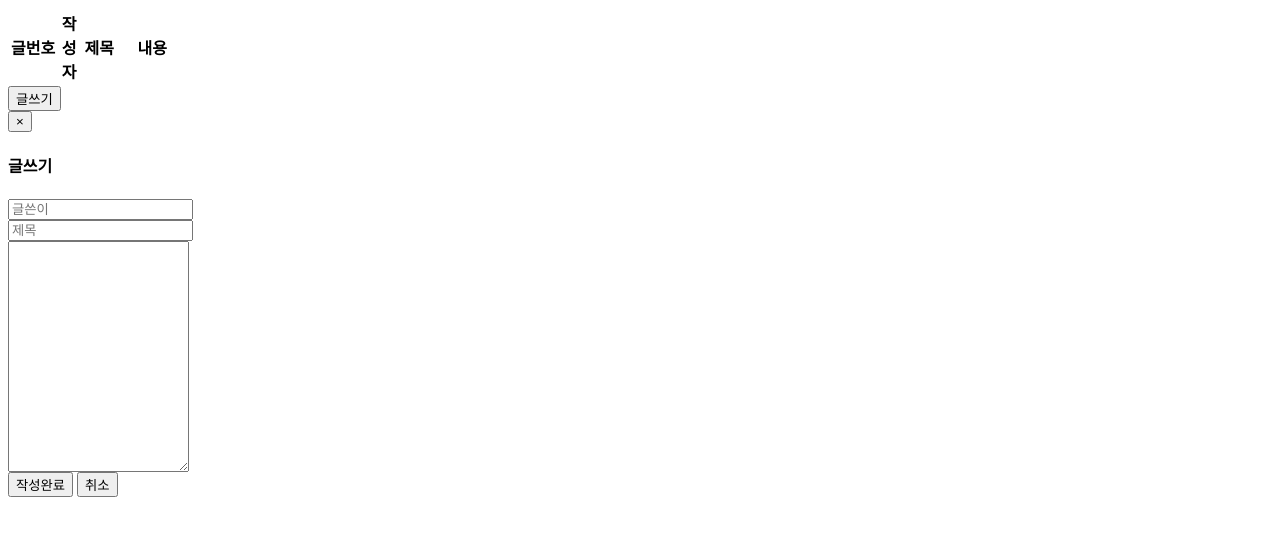
Repository: jjjikolpp/Developer
Page: http://localhost/myProject/include_normal_board.jsp
An editor plug-in stored every save of this project. The page is shown before and after the next save, followed by the edit.
The browser window is 1280 px wide. The pictures show the whole page.
The page is served by Tomcat 9. Nobody is signed in. The application's start-up code is not run. Other server files are loaded and not shown.

Above is the page before, as saved 2017-04-13 08:38:57.
Console error: ReferenceError: $ is not defined

### myProject/src/main/webapp/include_normal_board.jsp
<%@ page language="java" contentType="text/html; charset=UTF-8"
	pageEncoding="UTF-8"%>
<!DOCTYPE html PUBLIC "-//W3C//DTD HTML 4.01 Transitional//EN" "http://www.w3.org/TR/html4/loose.dtd">
<html>
<head>
<meta http-equiv="Content-Type" content="text/html; charset=UTF-8">
<title>Insert title here</title>
</head>
<script type="text/javascript">
	var title;
	var writer;
	var context;
	var nno;
	var pageNo = 1;
	var pageNum = 0;
	var state;
	//$(document).ready(normalViewAll());
	$(document).ready(count(1));

	function count(pageNo){

		console.log(pageNo);
		$.ajax({

			type : "get",
			url : "normal_count",
			dataType : "json",
			data : {pageNo : pageNo},
			success : function(data) {
				pageNum = data.count;
				console.log("count : " + data.count);
			},
			error : function(error) {
				console.log("normal_count err");
			}
		});
		setTimeout( () => {
		normalViewAll(pageNo);

		}, 10);
	}

	function normalViewAll(pageNo) {
		$("#jsonId").empty();


		$.ajax({

			type : "get",
			url : "normal",
			dataType : "json",
			data : {pageNo : pageNo},
			success : function(jsonData) {
				//console.log("data loding success");
				var str = "";
				var list = jsonData.datas;
				//console.log(list.length);
				//$("#jsonId").empty();
				$(list).each(
						function(index, objArr) {
							var splitid = this.n_context.substring(0,3);
							//console.log(splitid);

							str += '<tr>';
							str += '<td size="5">' + this.n_no + '</td>';
							str += '<td size="5">' + this.n_writer + '</td>';
							str += '<td size="10">' + this.n_title + '</td>';
							str += '<td>' + '<a href="#" onclick="selectShow('
									+ this.n_no + ')">' + splitid
									+ '<a>' + '</td>';
							str += '</tr>';
						});
				$("#jsonId").append(str) // 게시물
				// paging
				str = "";
				for (var a = 1; a <= pageNum; a++) {
					if (a  == pageNo) {

						str += a + "&nbsp";
					}else{
						str += '<a href="#" onclick="count('+ a + ')">' + a + '</a>' + '&nbsp';
					}
				}

				// 중
				$("#jsonId").append(str);

			},
			error : function() {
				console.log("normal_board_error");
			}

		});
	}

	function insertOk() { //작업중  //
		writer = $("#insertWriter").val();
		title = $("#insertTitle").val();
		context = $("#insertText").val();
		var formData = [ writer, title, context ];

		//
		console.log('insert 동작중');

		$.ajax({
			url : 'insertOk',
			dataType : 'json',
			type : 'POST',
			data : {
				writer : writer,
				title : title,
				context : context
			},
			success : function(stateData) {
				console.log(stateData);
				$("#jsonId").empty();
				normalViewAll("1");
			},
			error : function(error) {
				console.log(error);
			},
		});
		console.log('insert 동작 완료');

	}

	function selectShow(n_no) {
		$
				.ajax({
					url : 'selectNormal',
					dataType : 'json',
					type : 'GET',
					data : {
						n_no : n_no
					},
					success : function(jsonData) {
						nno = n_no;

						title = jsonData.n_title;
						writer = jsonData.n_writer;
						context = jsonData.n_context;
						var y = [ n_no, title, writer, context ];

						var str = "";
						str += '<button type="button" class="close" data-dismiss="modal">&times;</button>';

						str += '<div class="col-sm-9">';
						str += '<h4 class="modal-title">' + n_no + '번글</h4>'; // 1번호 작업
						str += '</div>';
						str += '<div class="col-sm-9" id="insertWriter">';
						str += '글쓴이 : ' + jsonData.n_writer;
						str += '</div></div>';

						str += '<div class="col-sm-9" id="insertTitle">';
						str += '제목 : ' + jsonData.n_title;
						str += '</div>';

						$("#modalTitle").html(str);

						str = "";
						str += '<div id="updateContext">'+jsonData.n_context+'</div>';

						$("#modalBody").html(str);

						str = "";

						str += '<button type="button" onclick="updateGo('
								+ n_no + ')"';
						str += 'class="btn btn-default">수정하러 가기</button>';
						str += '<button type="button" onclick="deleteGo('
								+ n_no + ')"';
						str += 'class="btn btn-default" data-dismiss="modal">글삭제</button>';

						str += '<button type="button" class="btn btn-default" data-dismiss="modal">취소</button>';

						$("#modalFooter").html(str);

						//modal을 띄워준다.

						$("#myModal").modal('show');

					},
					error : function(error) {
						console.log(error);
					},
				});

	}

	function updateGo(n_no) {
		state = 2;
		str = "";

		str += '<button type="button" class="close" data-dismiss="modal">&times;</button>';
		str += '<h4 class="modal-title">' + n_no + '번글 수정하기</h4>';
		str += '<div class="col-sm-3">';
		str += '<input class="form-control" id="insertWriter" name="name" type="text" placeholder="'+writer+'" value="'+writer+'" >';
		str += '</div>';
		str += '<div class="col-sm-9"><input type="text" class="form-control" id="insertTitle" placeholder="'+title+'" value="'+title+'"></div>';

		$("#modalTitle").html(str);

		str = "";

		str += '<textarea class="form-control" rows="15" id="insertText">'
				+ context + '</textarea>';

		$("#modalBody").html(str);

		str = '<button type="button" onclick="insertCheck('+state+');" class="btn btn-default" data-dismiss="modal">수정하기</button> <button type="button" class="btn btn-default" data-dismiss="modal">취소</button>';

		$("#modalFooter").html(str);
	}

	function updateOk() {
		title = $("#insertTitle").val();
		writer = $("#insertWriter").val();
		context = $("#insertText").val();
		console.log("title : " + title + ", writer : " + writer + ", context : " + context)

		$.ajax({
			url : 'updateOk',
			dataType : 'json',
			type : 'POST',
			data : {
				n_no : nno,
				title : title,
				writer : writer,
				context : context
			},
			success : function(data) {
				if (data.state == "UpdateCheckOk") {
					console.log("update 완료");
					$("#jsonId").empty();
					normalViewAll(1);
				} else if (data.state == "UpdateCheckNo") {
					console.log("update 실패")
				} else {
					console.log("updateOk() err")
				}
			},
			error : function(error) {

			}
		});

	};

	function deleteGo(n_no) {
		$.ajax({
			url : "deleteGo",
			method : "get",
			data : {
				n_no : n_no
			},
			dataType : "json",
			success : function(data) {
				if (data.state = "DeleteOk") {
					console.log("삭제 완료")
				} else if (data.state = "DeleteNo") {
					console.log("삭제 실패")
				} else {
					console.log("DeleteGo Controller err")
				}
			},
			error : function(error) {
				console.log("deleteGo err : " + error)
			}
		});
		$("#jsonId").empty();
		setTimeout("normalViewAll()", 30);

	}

	function getTextLength(str) { // 문자열 길이
        var len = 0;
        for (var i = 0; i < str.length; i++) {
            if (escape(str.charAt(i)).length == 6) {
                len++;
            }
            len++;
        }
        return len;
    }


	function insertCheck(state) { // 여기하는중
		//alert(getTextLength($("#insertWriter").val()));
		if ($.trim($("#insertWriter").val()) == "") {
			str = "";

			str += '<button type="button" class="close" data-dismiss="modal">&times;</button>';
			str += '<h4 class="modal-title">글쓰기</h4>';
			str += '<div class="col-sm-3 has-error">';
			str += '<input class="form-control" id="insertWriter" name="name" type="text" placeholder="글쓴이">';
			str += '<span class="glyphicon glyphicon-remove form-control-feedback"></span>';
			str += '</div>';
			str += '<div class="col-sm-9">';
			str += '<input type="text" class="form-control" id="insertTitle" placeholder="제목">';
			str += '</div>';

			$("#modalTitle").html(str);

			$('#myModal').modal({
				remote : 'modal.html'
			});

		} else if ($.trim($("#insertTitle").val()) == "") {
			var writer = $("#insertWriter").val();

			str = "";

			str += '<button type="button" class="close" data-dismiss="modal">&times;</button>';
			str += '<h4 class="modal-title">글쓰기</h4>';
			str += '<div class="col-sm-3">';
			str += '<input class="form-control" id="insertWriter" name="name" type="text" placeholder="글쓴이" value="'+writer+'">';
			str += '</div>';
			str += '<div class="col-sm-9 has-error">';
			str += '<input type="text" class="form-control" id="insertTitle" placeholder="제목">';
			str += '<span class="glyphicon glyphicon-remove form-control-feedback"></span>';
			str += '</div>';

			$("#modalTitle").html(str);

			//
			$('#myModal').modal({
				remote : 'modal.html'
			});

		} else if ($.trim($("#insertText").val()) == "") {

			str = "";
			str += '<div class="has-error">';
			str += '<span class="glyphicon glyphicon-remove form-control-feedback"></span>';
			str += '<textarea class="form-control " rows="15" id="insertText" placeholder="내용이 있어야 합니다"></textarea>';

			str += '</div>';
			$("#modalBody").html(str);
			$('#myModal').modal({
				remote : 'modal.html'
			});

		} else {
			if (state == 1) {
				insertOk();

			}else if (state == 2){
				updateOk();
			}else {
				alert("insert / update Check err")
				return;
			}
			$('#myModal').modal('hide');
		}
	}

	function writeView() {
		state = "1";
		var str = "";

		str += '<button type="button" class="close" data-dismiss="modal">&times;</button>';
		str += '<h4 class="modal-title">글쓰기</h4>';
		str += '<div class="col-sm-3">';
		str += '<input class="form-control" id="insertWriter" name="name" type="text" placeholder="글쓴이">';
		str += '</div>';
		str += '<div class="col-sm-9">';
		str += '<input type="text" class="form-control" id="insertTitle" placeholder="제목">';
		str += '</div>';

		$("#modalTitle").html(str);

		str = "";

		str += '<textarea class="form-control " rows="15" id="insertText"></textarea>';

		//
		$("#modalBody").html(str);

		str = "";

		str += '<button type="button" onclick="insertCheck('+state+')" class="btn btn-default" >작성완료</button>';
		str += '<button type="button" class="btn btn-default" data-dismiss="modal">취소</button>';

		str += '</div>';

		$("#modalFooter").html(str);
		$("#myModal").modal('show');

	}
</script>
<body>
	<div class="container bg-3">
		<table class="table">
			<thead>
				<tr>
					<th>글번호</th>
					<th width="20">작성자</th>
					<th width="20%">제목</th>
					<th width="40%">내용</th>
				</tr>
			</thead>
			<tbody id="jsonId">


			</tbody>

		</table>

		<!-- Trigger the modal with a button -->
		<button type="button" class="btn btn-default" onclick="writeView()">글쓰기</button>

		<!-- Modal -->
		<div id="myModal" class="modal fade" role="dialog">
			<div class="modal-dialog">

				<!-- Modal content-->
				<div class="modal-content">
					<div class="modal-header" id="modalTitle">
						<button type="button" class="close" data-dismiss="modal">&times;</button>
						<h4 class="modal-title">글쓰기</h4>
						<div class="col-sm-3">
							<input class="form-control" id="insertWriter" name="name"
								type="text" placeholder="글쓴이">
						</div>
						<div class="col-sm-9">
							<input type="text" class="form-control" id="insertTitle"
								placeholder="제목">
						</div>
					</div>
					<div class="modal-body" id="modalBody">
						<textarea class="form-control" rows="15" id="insertText"></textarea>
					</div>
					<div class="modal-footer" id="modalFooter">
						<button type="button" onclick="insertOk();"
							class="btn btn-default" data-dismiss="modal">작성완료</button>
						<button type="button" class="btn btn-default" data-dismiss="modal">취소</button>
					</div>
				</div>

			</div>
		</div>




	</div>
	<script type="text/javascript">

	</script>


</body>
</html>

After the next save:
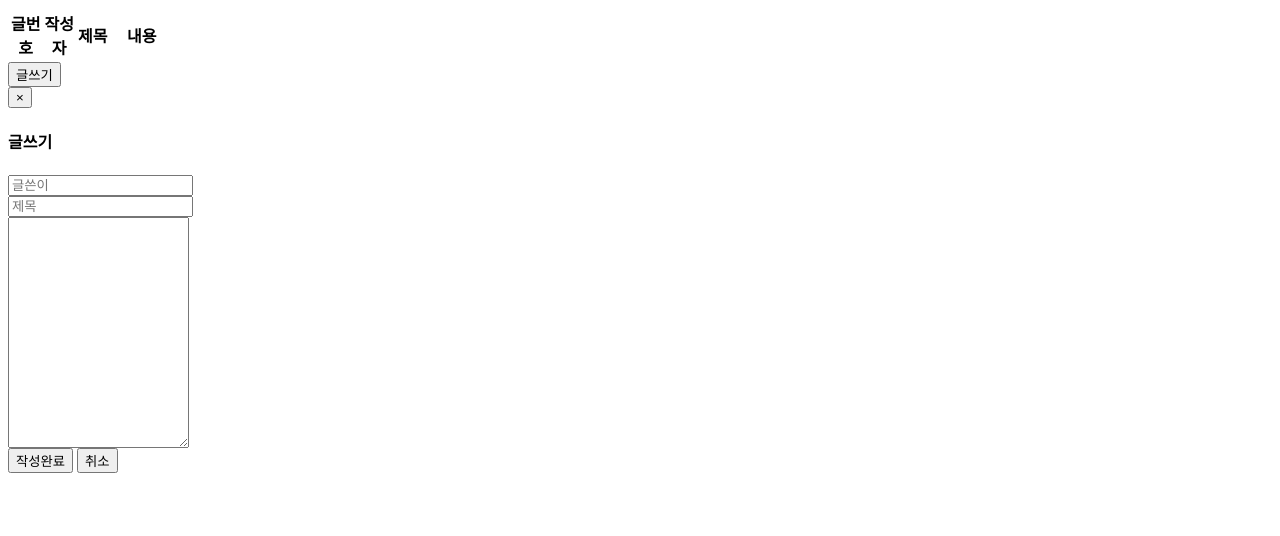
Saved 17 s later.
--- a/myProject/src/main/webapp/include_normal_board.jsp
+++ b/myProject/src/main/webapp/include_normal_board.jsp
@@ -393,7 +393,7 @@
 		<table class="table">
 			<thead>
 				<tr>
-					<th>글번호</th>
+					<th width ="20">글번호</th>
 					<th width="20">작성자</th>
 					<th width="20%">제목</th>
 					<th width="40%">내용</th>

After the save that followed:
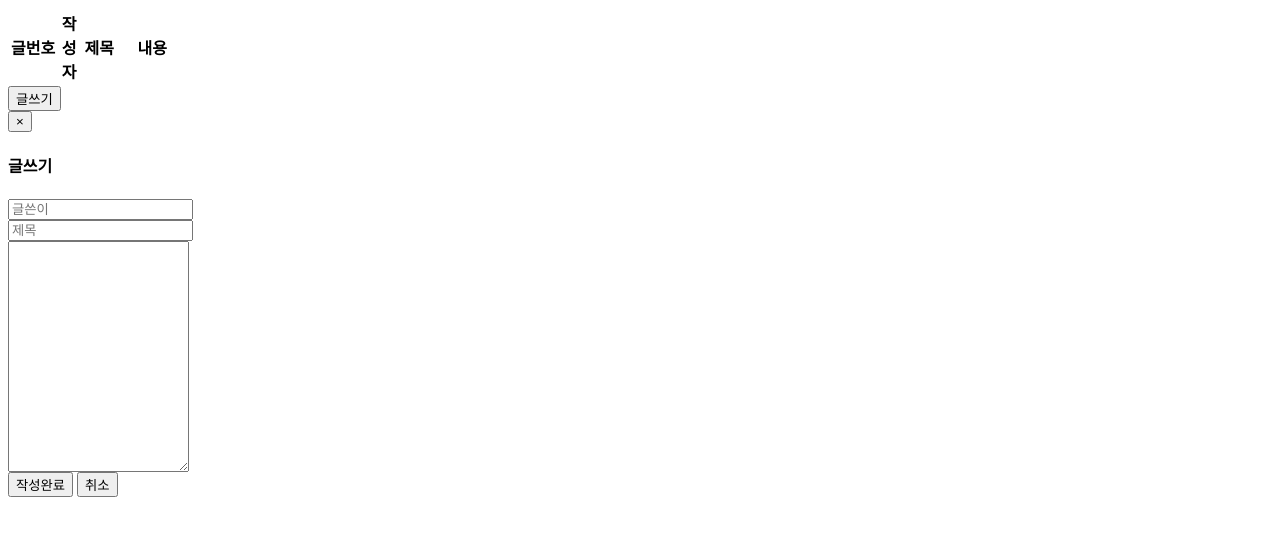
Saved 13 s later.
--- a/myProject/src/main/webapp/include_normal_board.jsp
+++ b/myProject/src/main/webapp/include_normal_board.jsp
@@ -393,7 +393,7 @@
 		<table class="table">
 			<thead>
 				<tr>
-					<th width ="20">글번호</th>
+					<th>글번호</th>
 					<th width="20">작성자</th>
 					<th width="20%">제목</th>
 					<th width="40%">내용</th>
